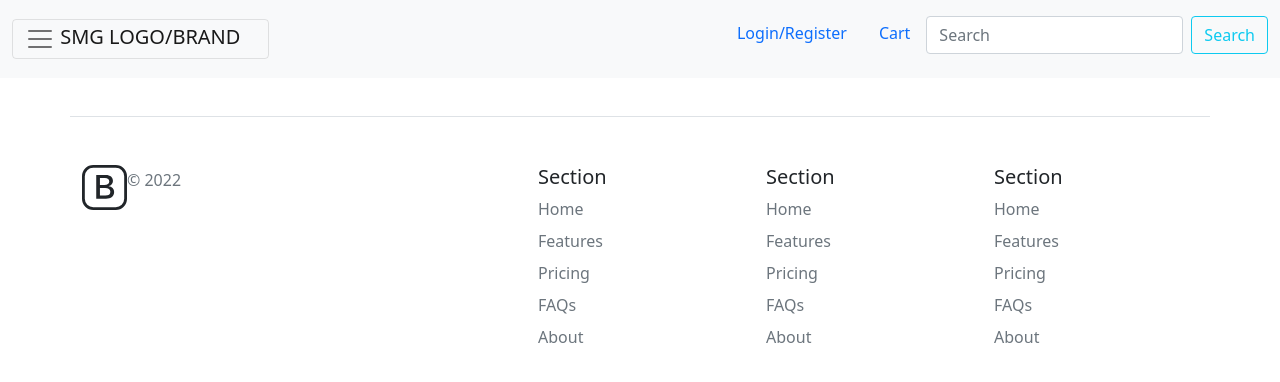
Repository: Tobias-1991/CST-339
Page: http://localhost/layouts/defaultLayout
These files come from the project's save history. The page is drawn as it stood at one moment and after the next save; the edit follows.
The browser window is 1280 px wide. The pictures show the whole page.
The page is this project's Thymeleaf template; nobody is signed in. The template is opened directly, without the code that normally fills it, so the values that code supplies are empty.

Above is the page before, as saved 2022-03-20 16:55:19.

After the next save:
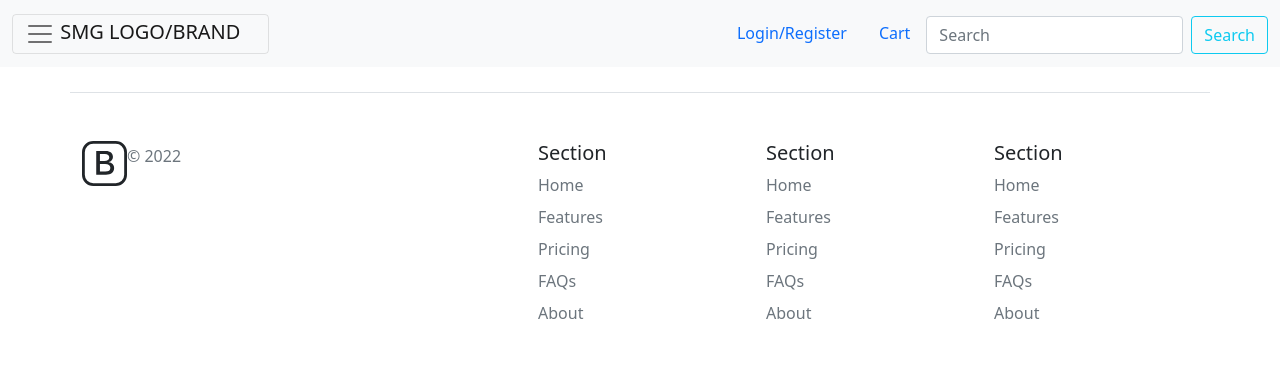
Saved 2 s later.
--- a/JavaProject/JavaProject/src/main/resources/templates/layouts/defaultLayout.html
+++ b/JavaProject/JavaProject/src/main/resources/templates/layouts/defaultLayout.html
@@ -1,4 +1,4 @@
-!DOCTYPE html>
+<!DOCTYPE html>
 <html lang="en">
   <head>
     <meta charset="UTF-8">
